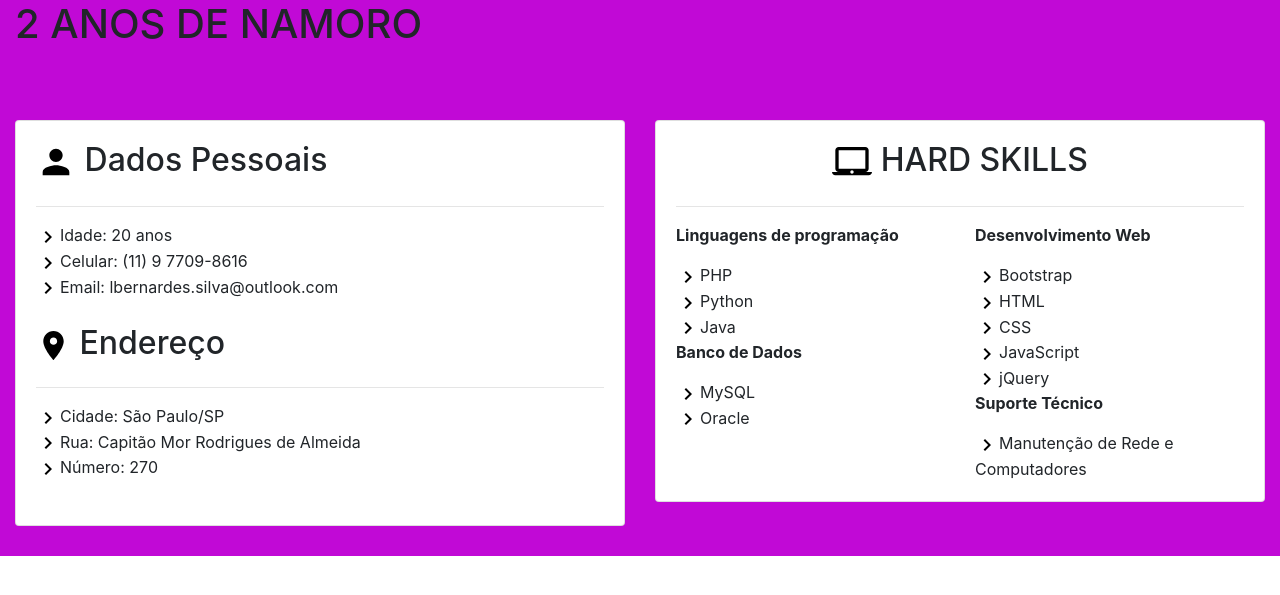
Repository: MeuAmor/meuamor.github.io
Page: index.html
An editor plug-in stored every save of this project. The page is shown before and after the next save, followed by the edit.
The browser window is 1280 px wide. The pictures show the whole page.

Above is the page before, as saved 2019-08-19 23:16:53.

### index.html
<!DOCTYPE html>
<html lang="pt">
<head>
  <title>2 ANOS</title>
  <meta charset="utf-8">
  <meta name="viewport" content="width=device-width, initial-scale=1">
  <link rel="stylesheet" href="assets/css/bootstrap4.1/bootstrap.min.css">
  <script src="assets/js/jquery.3.3.1.min.js"></script>
  <script src="assets/js/bootstrap4.1/popper.min.js"></script>
	<script src="assets/js/bootstrap4.1/bootstrap.min.js"></script>
	<!-- <style>
			hr {
				margin-top: 1rem;
				margin-bottom: 1rem;
				border: 5;
				border-top: 1px solid rgba(0, 0, 0, 0.1);
			}
		</style> -->
</head>
<body class="container-fluid">


	<div class="row" style="background:#c109d6">
		<div class="col-md-6 ">
			<h1>2 ANOS DE NAMORO</h1>
		</div>
		<div class="col-md-6 " id="redes_sociais">
			<!-- <a style="margin:10px;" class="btn btn-info btn-xs float-right" href="http://www.linkedin.com/in/leonardo-bernardes-da-silva-a8869b132">
				<svg xmlns="http://www.w3.org/2000/svg" width="24" height="24" viewBox="0 0 24 24" fill="none" stroke="currentColor" stroke-width="2" stroke-linecap="round" stroke-linejoin="round" class="feather feather-linkedin">
					<path d="M16 8a6 6 0 0 1 6 6v7h-4v-7a2 2 0 0 0-2-2 2 2 0 0 0-2 2v7h-4v-7a6 6 0 0 1 6-6z"></path><rect x="2" y="9" width="4" height="12"></rect>
					<circle cx="4" cy="4" r="2"></circle></svg>	LinkedIn</a>
				<a style="margin:10px;" class="btn btn-primary btn-xs float-right" href="http://www.facebook.com/lezinho.bernardes">
					<svg xmlns="http://www.w3.org/2000/svg" width="24" height="24" viewBox="0 0 24 24" fill="none" stroke="currentColor" stroke-width="2" stroke-linecap="round" stroke-linejoin="round" class="feather feather-facebook">
						<path d="M18 2h-3a5 5 0 0 0-5 5v3H7v4h3v8h4v-8h3l1-4h-4V7a1 1 0 0 1 1-1h3z"></path>
					</svg>
					LinkedIn
				</a>  -->
		</div>


</div>
<div class="row" style="background:#c109d6;min-height: 500px;">

	<!-- <hr> -->
	<!-- <p style="margin: 10px;">
		<a class="btn btn-dark" data-toggle="collapse" href="#multiCollapseExample1" role="button" aria-expanded="false" aria-controls="multiCollapseExample1">Toggle first element</a>
		<button class="btn btn-dark" type="button" data-toggle="collapse" data-target="#multiCollapseExample2" aria-expanded="false" aria-controls="multiCollapseExample2">Toggle second element</button>
		<button class="btn btn-dark" type="button" data-toggle="collapse" data-target=".multi-collapse" aria-expanded="false" aria-controls="multiCollapseExample1 multiCollapseExample2">Toggle both elements</button> -->
	<!-- </p> -->


	<div class="col-md-6" style="margin-top: 5%;">
		<div class="card card-body">
				<h2> <svg xmlns="http://www.w3.org/2000/svg" width="40" height="40" viewBox="0 0 24 24"><path d="M12 12c2.21 0 4-1.79 4-4s-1.79-4-4-4-4 1.79-4 4 1.79 4 4 4zm0 2c-2.67 0-8 1.34-8 4v2h16v-2c0-2.66-5.33-4-8-4z"/><path d="M0 0h24v24H0z" fill="none"/></svg> Dados Pessoais</h2>
				<hr>
					<div>

						<svg xmlns="http://www.w3.org/2000/svg" width="24" height="24" viewBox="0 0 24 24">
							<path d="M8.59 16.59L13.17 12 8.59 7.41 10 6l6 6-6 6-1.41-1.41z"/>
							<path fill="none" d="M0 0h24v24H0V0z"/>
						</svg>Idade: 20 anos<br>
						<svg xmlns="http://www.w3.org/2000/svg" width="24" height="24" viewBox="0 0 24 24">
							<path d="M8.59 16.59L13.17 12 8.59 7.41 10 6l6 6-6 6-1.41-1.41z"/>
							<path fill="none" d="M0 0h24v24H0V0z"/>
						</svg>Celular: (11) 9 7709-8616<br>
						<svg xmlns="http://www.w3.org/2000/svg" width="24" height="24" viewBox="0 0 24 24">
							<path d="M8.59 16.59L13.17 12 8.59 7.41 10 6l6 6-6 6-1.41-1.41z"/>
							<path fill="none" d="M0 0h24v24H0V0z"/>
						</svg>Email: lbernardes.silva@outlook.com<br><br>
					</div>

				<h2> <svg xmlns="http://www.w3.org/2000/svg" width="35" height="35" viewBox="0 0 24 24"><path d="M12 2C8.13 2 5 5.13 5 9c0 5.25 7 13 7 13s7-7.75 7-13c0-3.87-3.13-7-7-7zm0 9.5c-1.38 0-2.5-1.12-2.5-2.5s1.12-2.5 2.5-2.5 2.5 1.12 2.5 2.5-1.12 2.5-2.5 2.5z"/><path d="M0 0h24v24H0z" fill="none"/></svg> Endereço</h2>
				<hr>
				<div>
					<svg xmlns="http://www.w3.org/2000/svg" width="24" height="24" viewBox="0 0 24 24">
						<path d="M8.59 16.59L13.17 12 8.59 7.41 10 6l6 6-6 6-1.41-1.41z"/>
						<path fill="none" d="M0 0h24v24H0V0z"/>
					</svg>Cidade: São Paulo/SP<br>
					<svg xmlns="http://www.w3.org/2000/svg" width="24" height="24" viewBox="0 0 24 24">
						<path d="M8.59 16.59L13.17 12 8.59 7.41 10 6l6 6-6 6-1.41-1.41z"/>
						<path fill="none" d="M0 0h24v24H0V0z"/>
					</svg>Rua: Capitão Mor Rodrigues de Almeida<br>
					<svg xmlns="http://www.w3.org/2000/svg" width="24" height="24" viewBox="0 0 24 24">
						<path d="M8.59 16.59L13.17 12 8.59 7.41 10 6l6 6-6 6-1.41-1.41z"/>
						<path fill="none" d="M0 0h24v24H0V0z"/>
					</svg>Número: 270<br><br>
				</div>
		</div>
	</div>
	<div class="col-md-6" style="margin-top: 5%;">
		<div class="card card-body">
			<h2 style="text-align:center;"><svg xmlns="http://www.w3.org/2000/svg" width="40" height="40" viewBox="0 0 24 24"><path d="M0 0h24v24H0z" fill="none"/><path d="M20 18c1.1 0 1.99-.9 1.99-2L22 5c0-1.1-.9-2-2-2H4c-1.1 0-2 .9-2 2v11c0 1.1.9 2 2 2H0c0 1.1.9 2 2 2h20c1.1 0 2-.9 2-2h-4zM4 5h16v11H4V5zm8 14c-.55 0-1-.45-1-1s.45-1 1-1 1 .45 1 1-.45 1-1 1z"/></svg> HARD SKILLS  </h2>
			<hr>
				<div class="row">

					<div class="col-md-6">

						<p><b>Linguagens de programação</b></p>
						<div>
							<svg xmlns="http://www.w3.org/2000/svg" width="24" height="24" viewBox="0 0 24 24">
								<path d="M8.59 16.59L13.17 12 8.59 7.41 10 6l6 6-6 6-1.41-1.41z"/>
								<path fill="none" d="M0 0h24v24H0V0z"/>
							</svg>PHP<br>
							<svg xmlns="http://www.w3.org/2000/svg" width="24" height="24" viewBox="0 0 24 24">
								<path d="M8.59 16.59L13.17 12 8.59 7.41 10 6l6 6-6 6-1.41-1.41z"/>
								<path fill="none" d="M0 0h24v24H0V0z"/>
							</svg>Python<br>
							<svg xmlns="http://www.w3.org/2000/svg" width="24" height="24" viewBox="0 0 24 24">
								<path d="M8.59 16.59L13.17 12 8.59 7.41 10 6l6 6-6 6-1.41-1.41z"/>
								<path fill="none" d="M0 0h24v24H0V0z"/>
							</svg>Java<br>
						</div>
						<p><b>Banco de Dados</b></p>
						<div>
							<svg xmlns="http://www.w3.org/2000/svg" width="24" height="24" viewBox="0 0 24 24">
								<path d="M8.59 16.59L13.17 12 8.59 7.41 10 6l6 6-6 6-1.41-1.41z"/>
								<path fill="none" d="M0 0h24v24H0V0z"/>
							</svg>MySQL<br>
							<svg xmlns="http://www.w3.org/2000/svg" width="24" height="24" viewBox="0 0 24 24">
								<path d="M8.59 16.59L13.17 12 8.59 7.41 10 6l6 6-6 6-1.41-1.41z"/>
								<path fill="none" d="M0 0h24v24H0V0z"/>
							</svg>Oracle<br>
						</div>

					</div>
					<div class="col-md-6">
							<p><b>Desenvolvimento Web</b></p>
						<div>
							<svg xmlns="http://www.w3.org/2000/svg" width="24" height="24" viewBox="0 0 24 24">
								<path d="M8.59 16.59L13.17 12 8.59 7.41 10 6l6 6-6 6-1.41-1.41z"/>
								<path fill="none" d="M0 0h24v24H0V0z"/>
							</svg>Bootstrap<br>
							<svg xmlns="http://www.w3.org/2000/svg" width="24" height="24" viewBox="0 0 24 24">
								<path d="M8.59 16.59L13.17 12 8.59 7.41 10 6l6 6-6 6-1.41-1.41z"/>
								<path fill="none" d="M0 0h24v24H0V0z"/>
							</svg>HTML<br>
							<svg xmlns="http://www.w3.org/2000/svg" width="24" height="24" viewBox="0 0 24 24">
								<path d="M8.59 16.59L13.17 12 8.59 7.41 10 6l6 6-6 6-1.41-1.41z"/>
								<path fill="none" d="M0 0h24v24H0V0z"/>
							</svg>CSS<br>
							<svg xmlns="http://www.w3.org/2000/svg" width="24" height="24" viewBox="0 0 24 24">
								<path d="M8.59 16.59L13.17 12 8.59 7.41 10 6l6 6-6 6-1.41-1.41z"/>
								<path fill="none" d="M0 0h24v24H0V0z"/>
							</svg>JavaScript<br>
							<svg xmlns="http://www.w3.org/2000/svg" width="24" height="24" viewBox="0 0 24 24">
								<path d="M8.59 16.59L13.17 12 8.59 7.41 10 6l6 6-6 6-1.41-1.41z"/>
								<path fill="none" d="M0 0h24v24H0V0z"/>
							</svg>jQuery<br>
						</div>

						<p><b>Suporte Técnico</b></p>
						<div>
								<svg xmlns="http://www.w3.org/2000/svg" width="24" height="24" viewBox="0 0 24 24">
									<path d="M8.59 16.59L13.17 12 8.59 7.41 10 6l6 6-6 6-1.41-1.41z"/>
									<path fill="none" d="M0 0h24v24H0V0z"/>
								</svg>Manutenção de Rede e Computadores<br>
							</div>
					</div>

				</div>
			</div>

	</div>

</div>
</body>
</html>

Loaded but not shown: assets/css/bootstrap4.1/bootstrap.min.css (library); assets/js/jquery.3.3.1.min.js (library); assets/js/bootstrap4.1/popper.min.js (library); assets/js/bootstrap4.1/bootstrap.min.js (library)

After the next save:
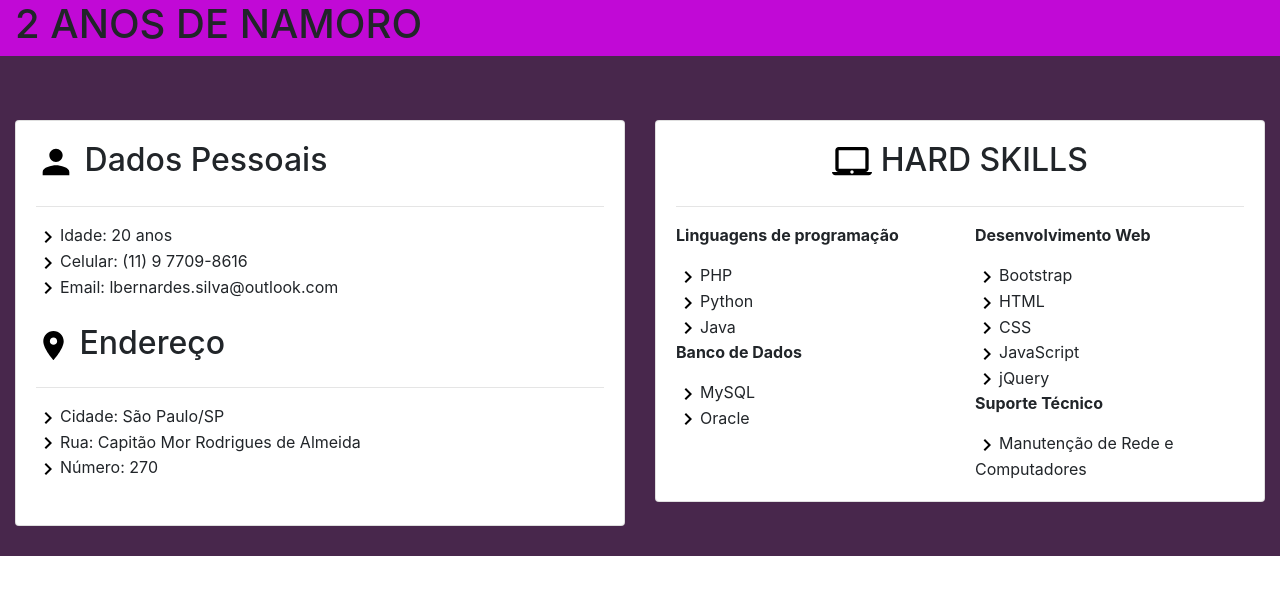
Saved 29 s later.
--- a/index.html
+++ b/index.html
@@ -39,7 +39,7 @@
 
 
 </div>
-<div class="row" style="background:#c109d6;min-height: 500px;">
+<div class="row" style="background:#48274c;min-height: 500px;">
 
 	<!-- <hr> -->
 	<!-- <p style="margin: 10px;">
